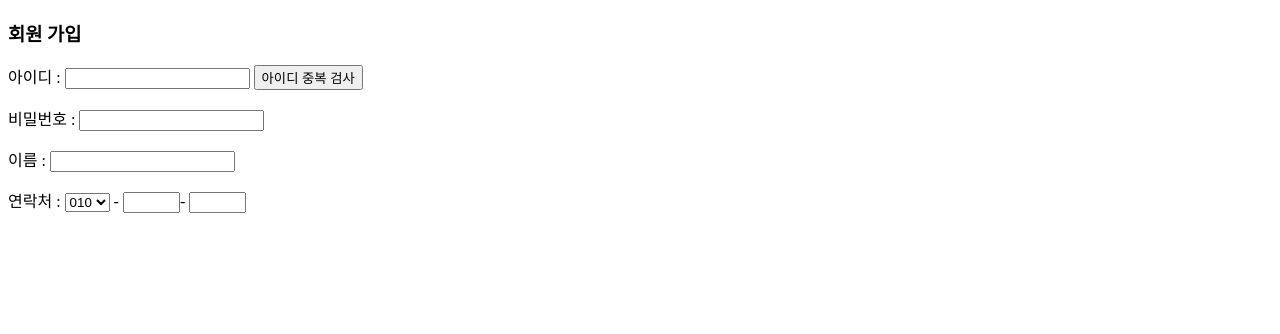
Repository: freedomseok8047/jsp
Page: http://localhost/JSPBook/ch08/validation05.jsp
The author's editor kept a copy of each file at every save. The page is drawn from the files as they stood at one save, then again after the next save.
The browser window is 1280 px wide. The pictures show the whole page.
The page is served by Tomcat 9.

Above is the page before, as saved 2023-08-29 02:20:38.

After the next save:
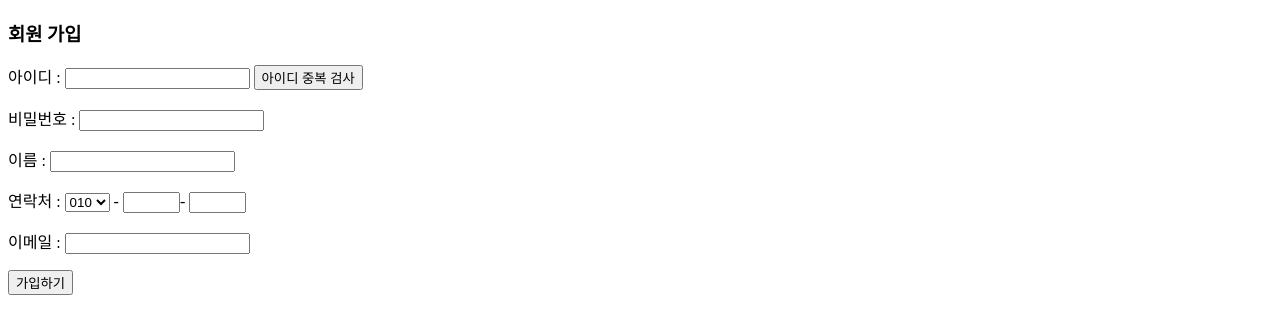
Saved 103 s later.
--- a/JSPBook/src/main/webapp/ch08/validation05.jsp
+++ b/JSPBook/src/main/webapp/ch08/validation05.jsp
@@ -27,7 +27,8 @@
 			-
 			<input type="text" maxlength="4" size="4" name="phone2">-
 			<input type="text" maxlength="4" size="4" name="phone3">
-		<p>
+		<p> 이메일 : <input type="text" name="email">
+		<p> <input type="button" value="가입하기" onclick="checkMember()">
 
 		</form>
 </body>
